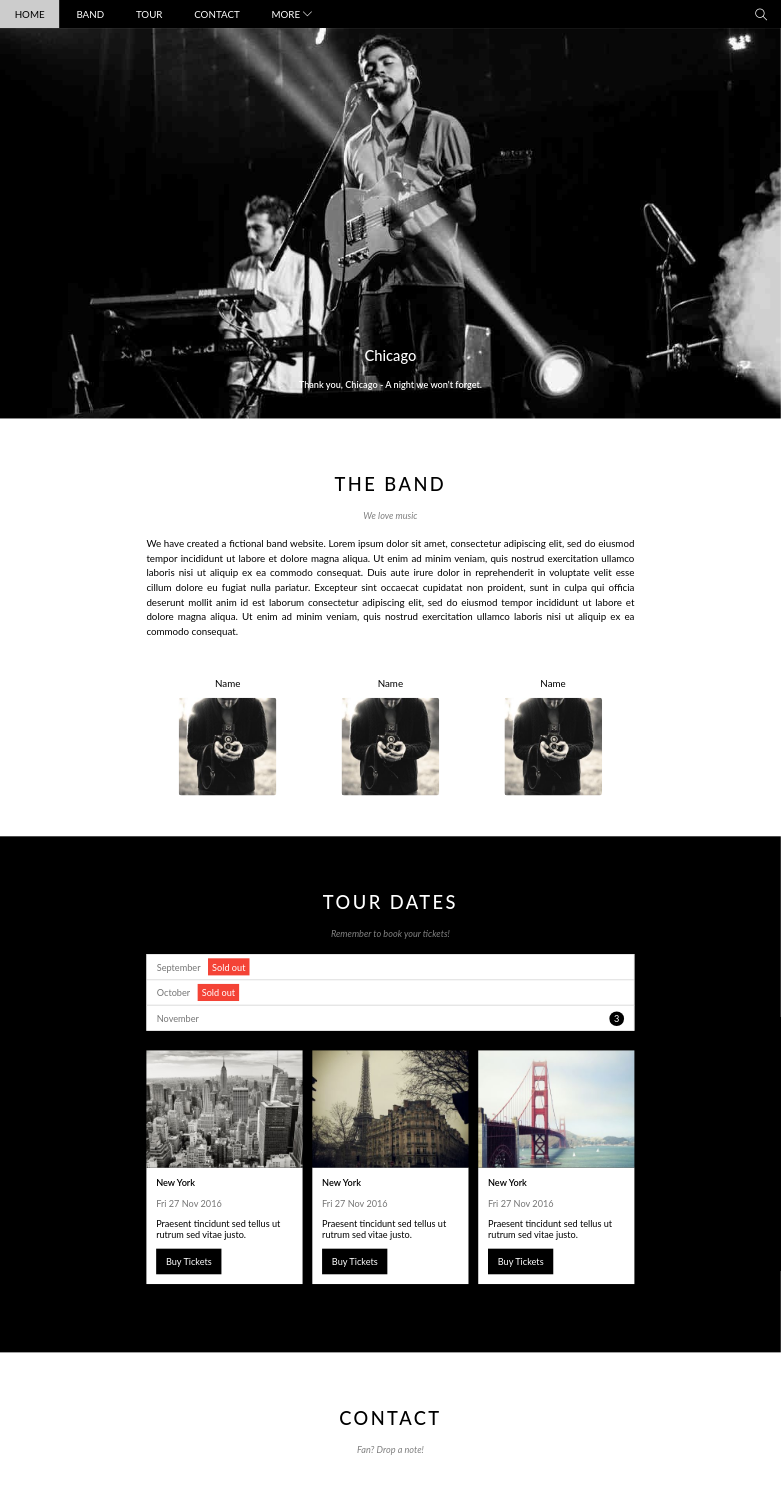
Repository: tatvanhco/web-dau-tay
Page: index.html
The author's editor kept a copy of each file at every save. The page is drawn from the files as they stood at one save, then again after the next save.
The browser window is 1280 px wide. The pictures show the whole page, at 61% of full size.

Above is the page before, as saved 2022-01-23 20:43:45.

After the next save:
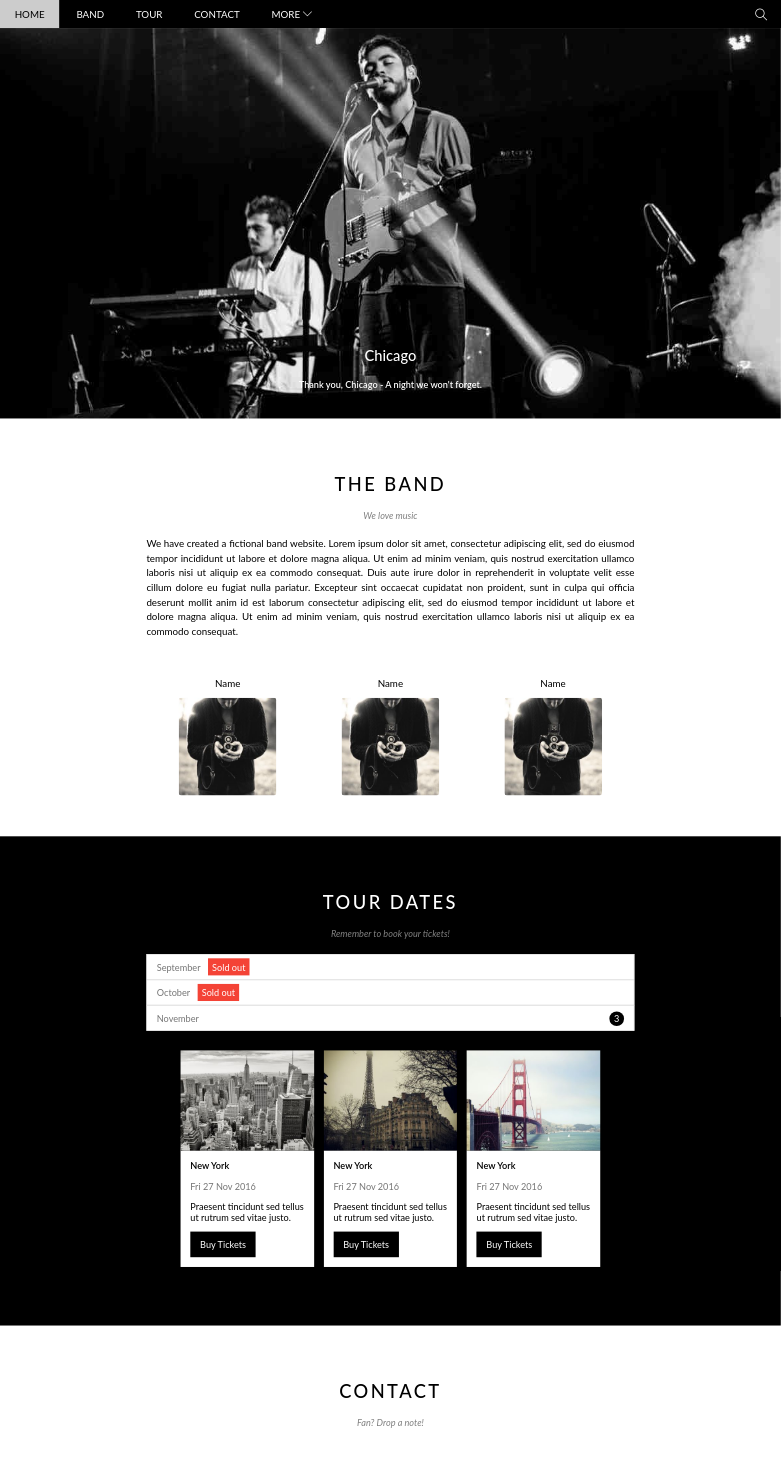
Saved 21 s later.
--- a/assets/css/style.css
+++ b/assets/css/style.css
@@ -224,7 +224,7 @@
 }
 
 .place-list {
-    margin: 32px -8px 48px;
+    margin: 32px 48px;
 }
 
 .place-item {

After the 2 saves that followed:
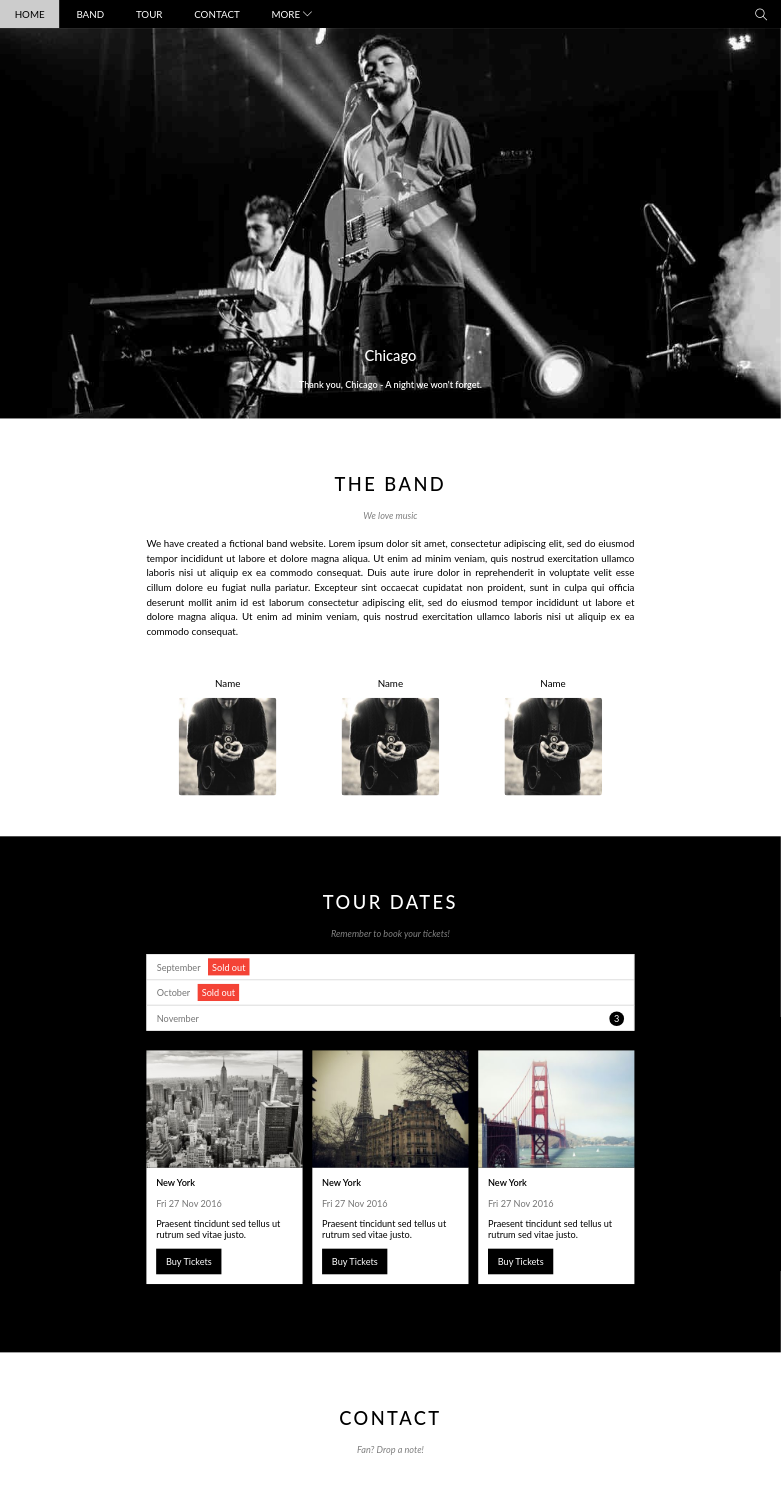
The 2 saves are shown as one change because 1 left the picture as it was.
The last was saved 57 s later.
--- a/index.html
+++ b/index.html
@@ -76,7 +76,7 @@
                         <li>October<span class="soldout">Sold out</span></li>
                         <li>November<span class="quatity">3</span></li>
                     </ul>
-                    <div class="place-list">
+                    <div class="row place-list">
                         <div class="place-item">
                             <img src="./assets/img/places/place1.jpg">
                             <div class="place-body">
--- a/assets/css/style.css
+++ b/assets/css/style.css
@@ -224,7 +224,9 @@
 }
 
 .place-list {
-    margin: 32px 48px;
+    /* margin: 32px 48px; */
+    margin-top: 32px;
+    margin-bottom: 48px;
 }
 
 .place-item {
